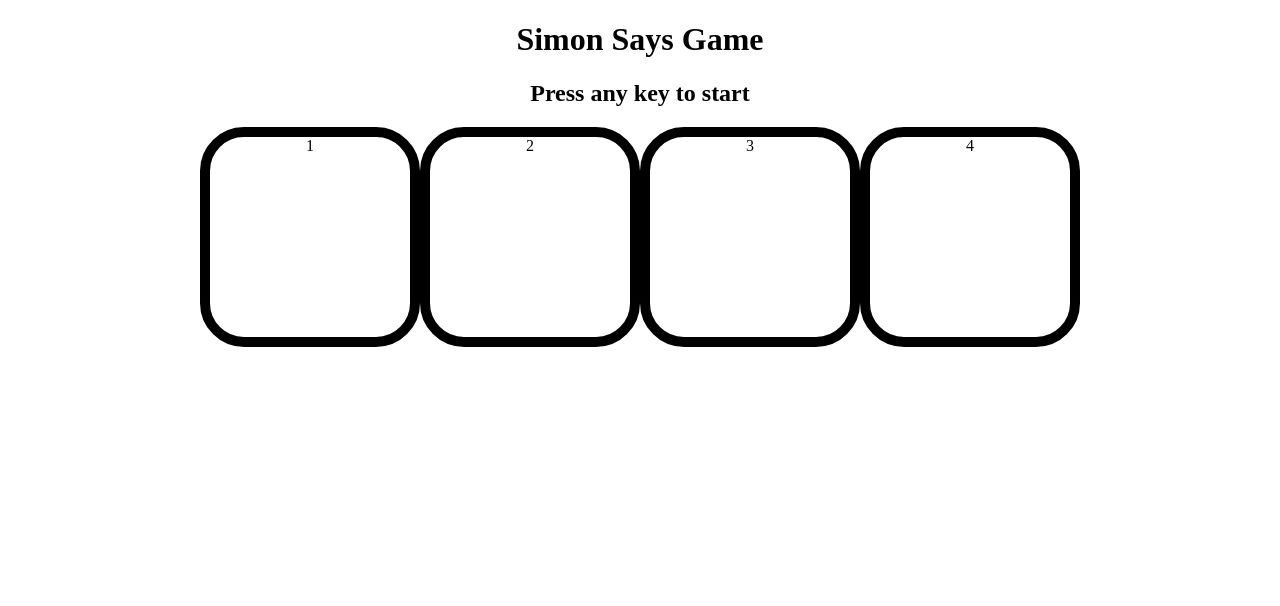
Repository: Manish-tomar-aligarh/Simon-Says-Game
Page: index.html
These files come from the project's save history. The page is drawn as it stood at one moment and after a run of saves; the edit follows.
The browser window is 1280 px wide. The pictures show the whole page.

Above is the page before, as saved 2025-05-25 11:27:52.

After the next 3 saves:
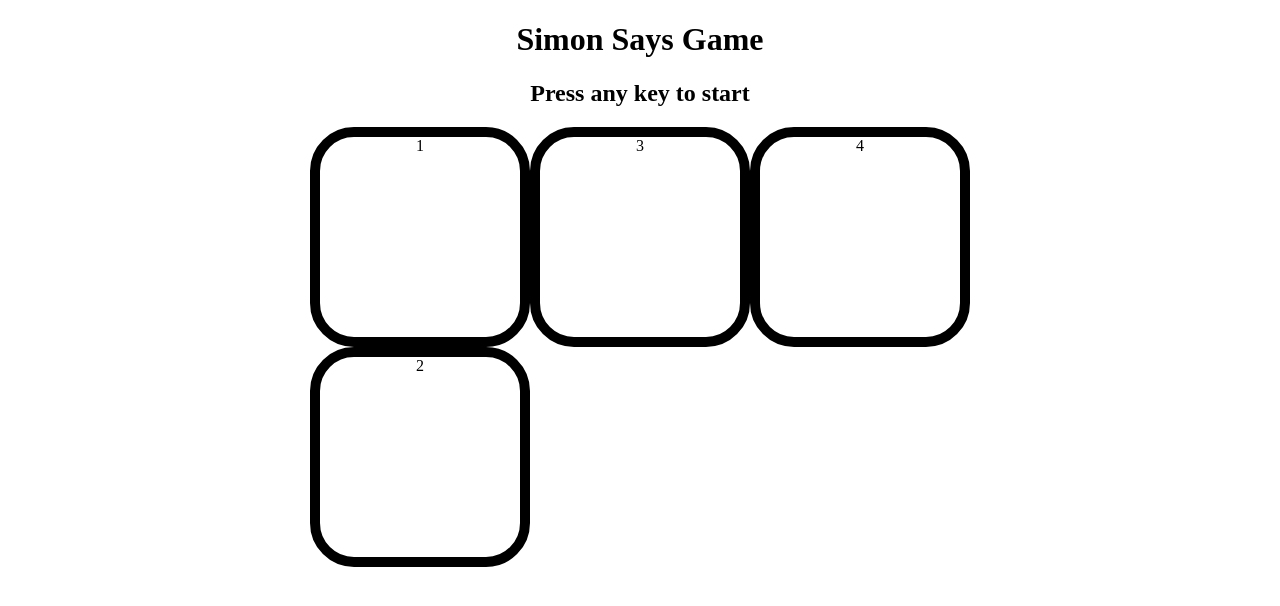
The 3 saves are shown as one change because they came seconds apart.
The last was saved 7 s later.
--- a/index.html
+++ b/index.html
@@ -13,10 +13,11 @@
     <div class="box-container">
 
         <div class="line-one">
+            <div class="btn">1</div>
+        <div class="btn">2</div>
 
         </div>
-        <div class="btn">1</div>
-        <div class="btn">2</div>
+
         <div class="btn">3</div>
         <div class="btn">4</div>
     </div>
